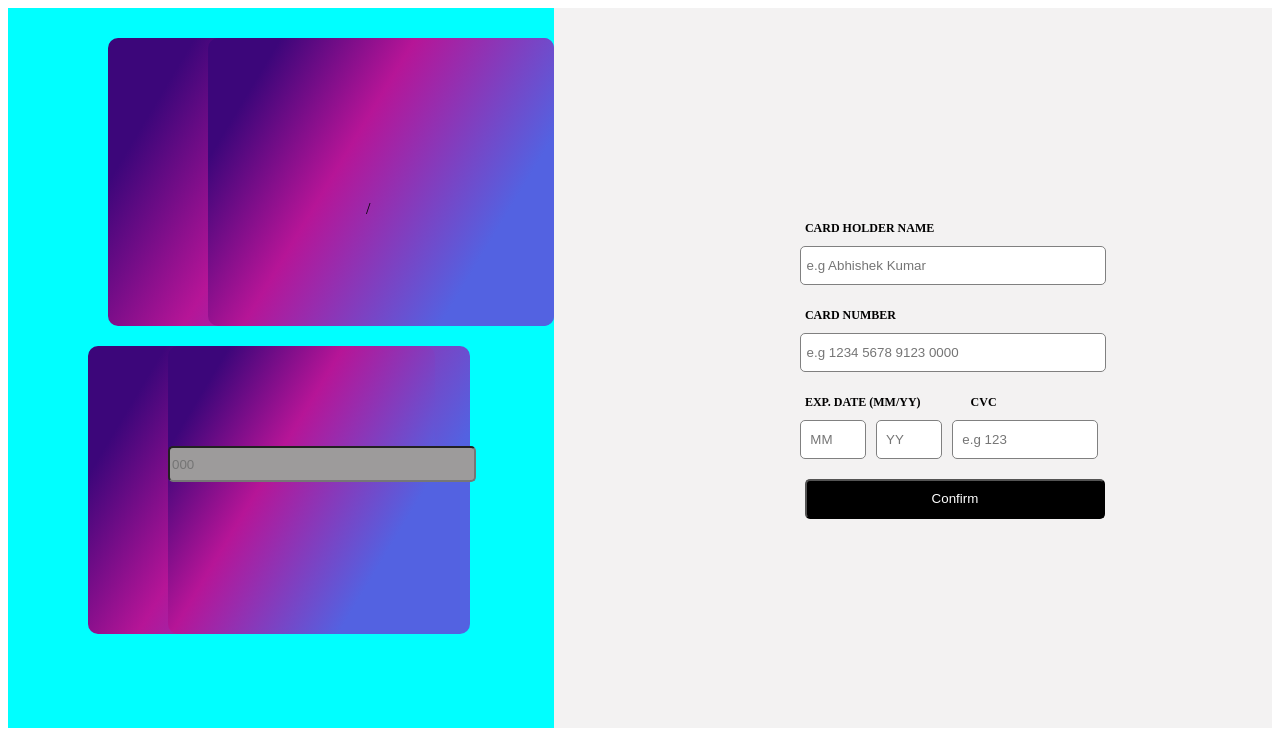
Repository: Abhi2359/frontendchallenge-1
Page: /
These files come from the project's save history. The page is drawn as it stood at one moment and after the next save; the edit follows.
The browser window is 1280 px wide. The pictures show the whole page.
The project was rebuilt for these pictures with package versions that can differ from the ones it lists, and the page was loaded fresh each time.

Above is the page before, as saved 2023-02-15 20:02:27.

After the next save:
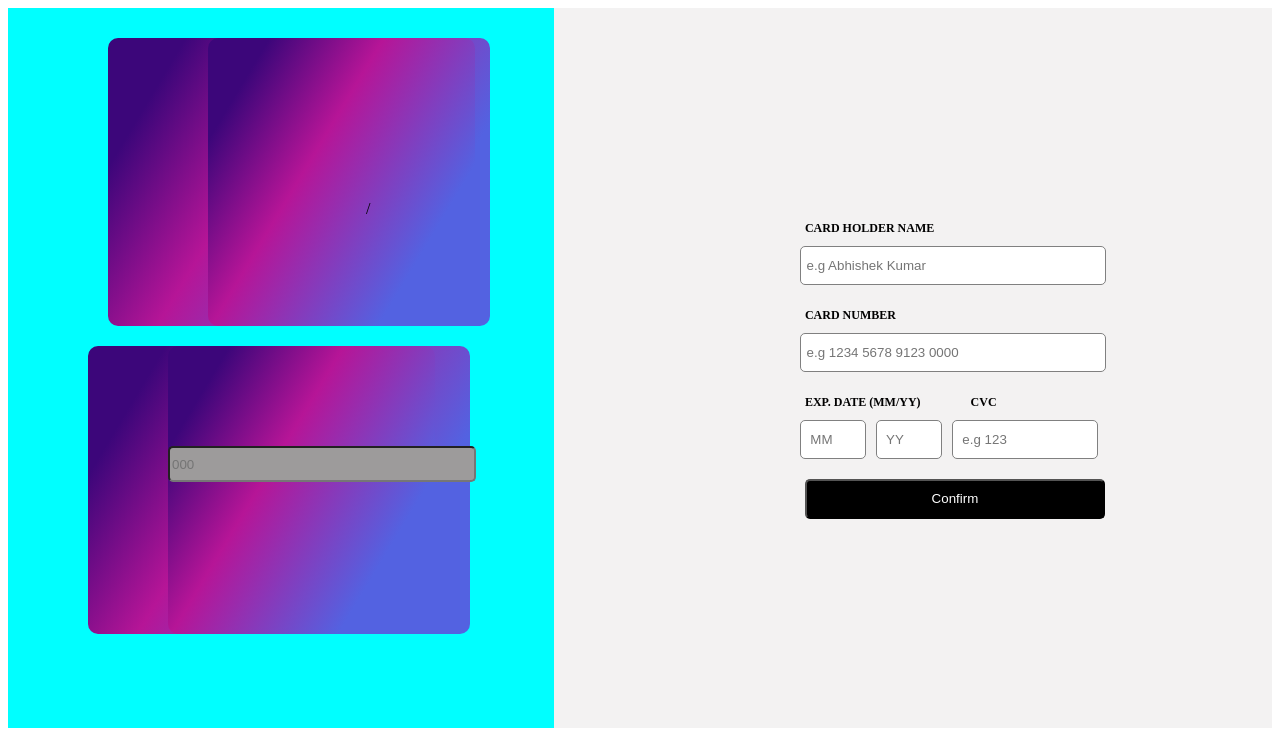
Saved 23 s later.
--- a/src/components/Cards/Card1.css
+++ b/src/components/Cards/Card1.css
@@ -2,7 +2,7 @@
   background: rgb(60,6,122);
   background: linear-gradient(121deg, rgba(60,6,122,1) 14%, rgba(182,21,151,1) 40%, rgba(83,98,225,1) 78%);
   height: 40vh;
-  width: 70;
+  width: 70%;
   border-radius: 10px;
   margin-left: 10px;
 
